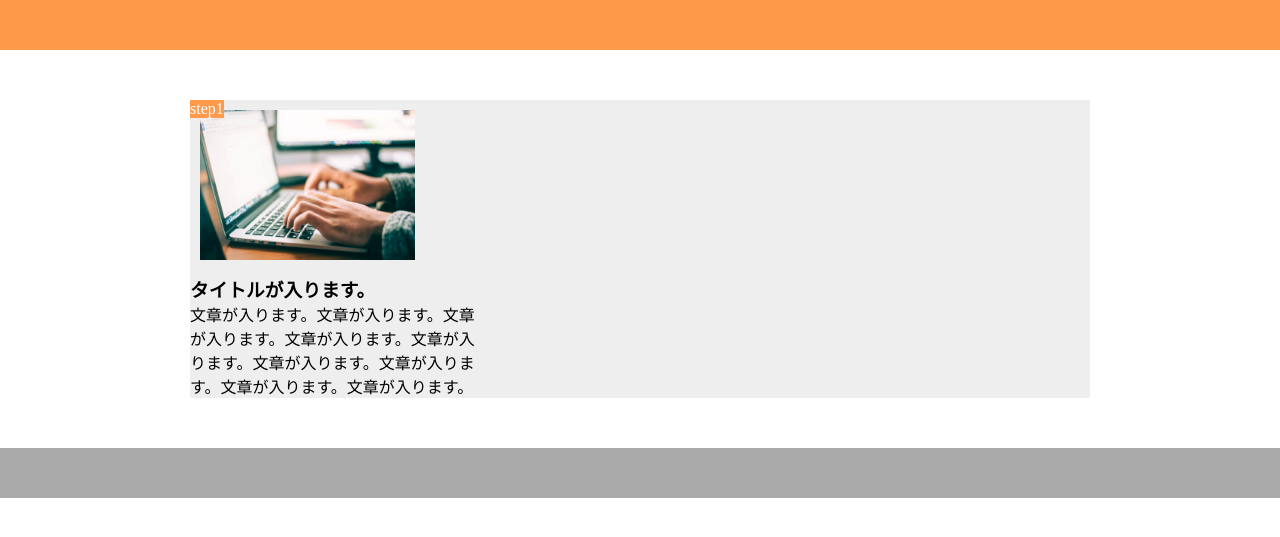
Repository: papisi-zu/book1
Page: exercises9/exercises9.html
The author's editor kept a record of every edit. The page is drawn from the files as they stood at one moment, then again after the next edit.
The browser window is 1280 px wide. The pictures show the whole page.

Above is the page before.

After the next edit:
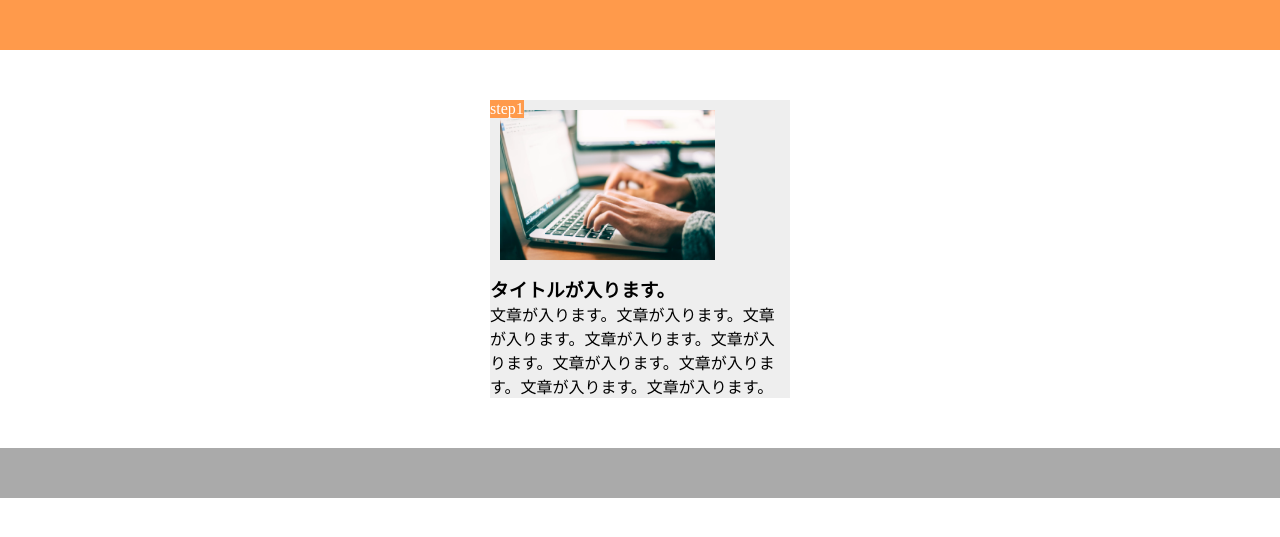
The edit:
--- a/exercises9/exercises9.html
+++ b/exercises9/exercises9.html
@@ -15,8 +15,6 @@
         <h3 main-title>タイトルが入ります。</h3>
         <P main-text>文章が入ります。文章が入ります。文章が入ります。文章が入ります。文章が入ります。文章が入ります。文章が入ります。文章が入ります。文章が入ります。</P>
       </section>
-      <div class="main-box"></div>
-      <div class="main-box"></div>
     </main>
     <footer></footer>
   </body>
